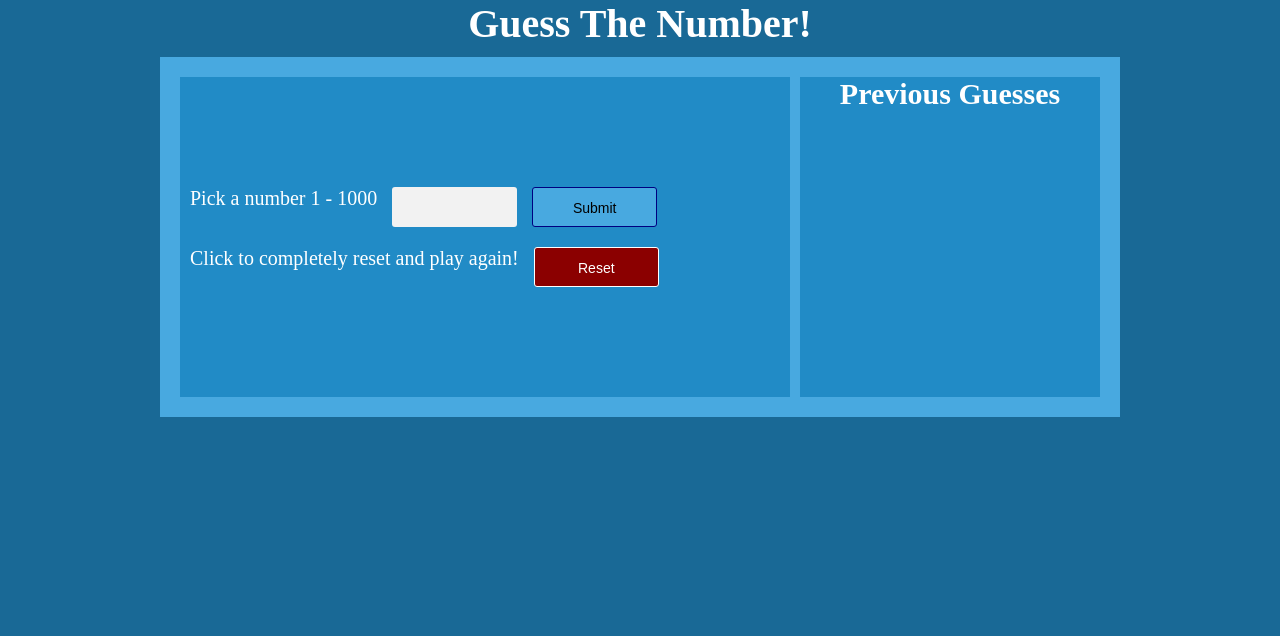
Repository: mlmEFSC21/P14-Guessing-Game
Page: guess.html
An editor plug-in stored every save of this project. The page is shown before and after the next save, followed by the edit.
The browser window is 1280 px wide. The pictures show the whole page.

Above is the page before, as saved 2022-03-19 14:42:27.

After the next save:
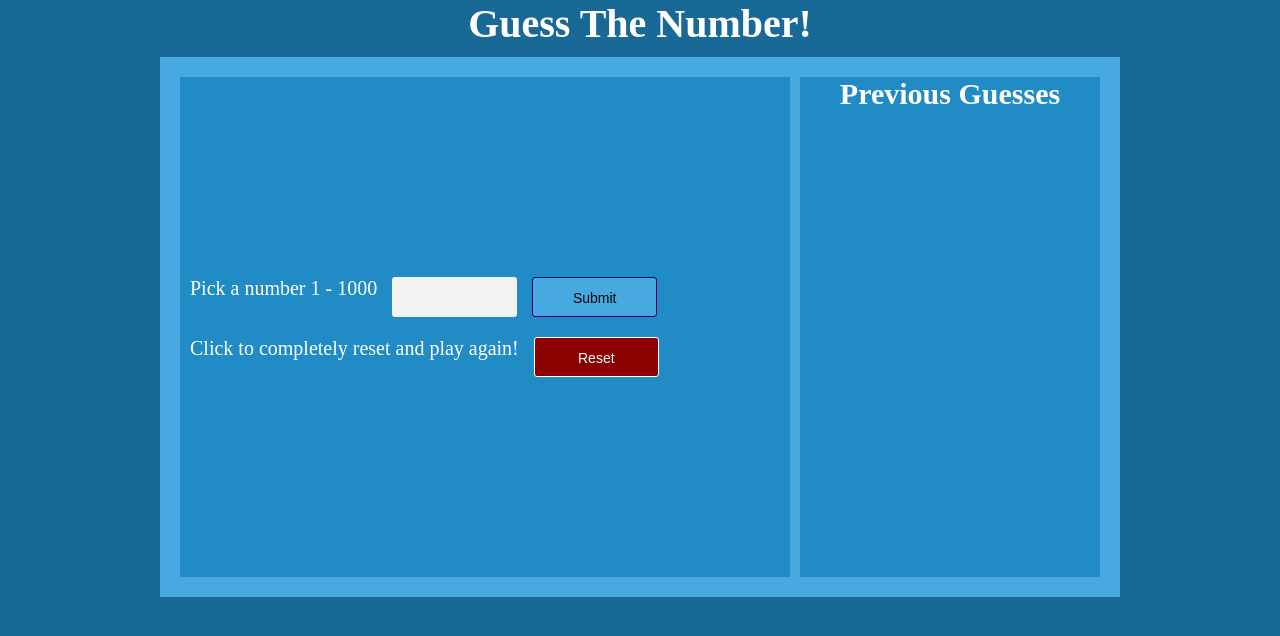
Saved 18 s later.
--- a/guess.css
+++ b/guess.css
@@ -23,7 +23,7 @@
     background-color: var(--clr-secondary);
     display: grid;
     max-width: 960px;
-    height: 50vh;
+    height: 75vh;
     margin: 10px auto;
     padding: 20px;
     grid-template-columns: repeat(3, 1fr);

After the save that followed:
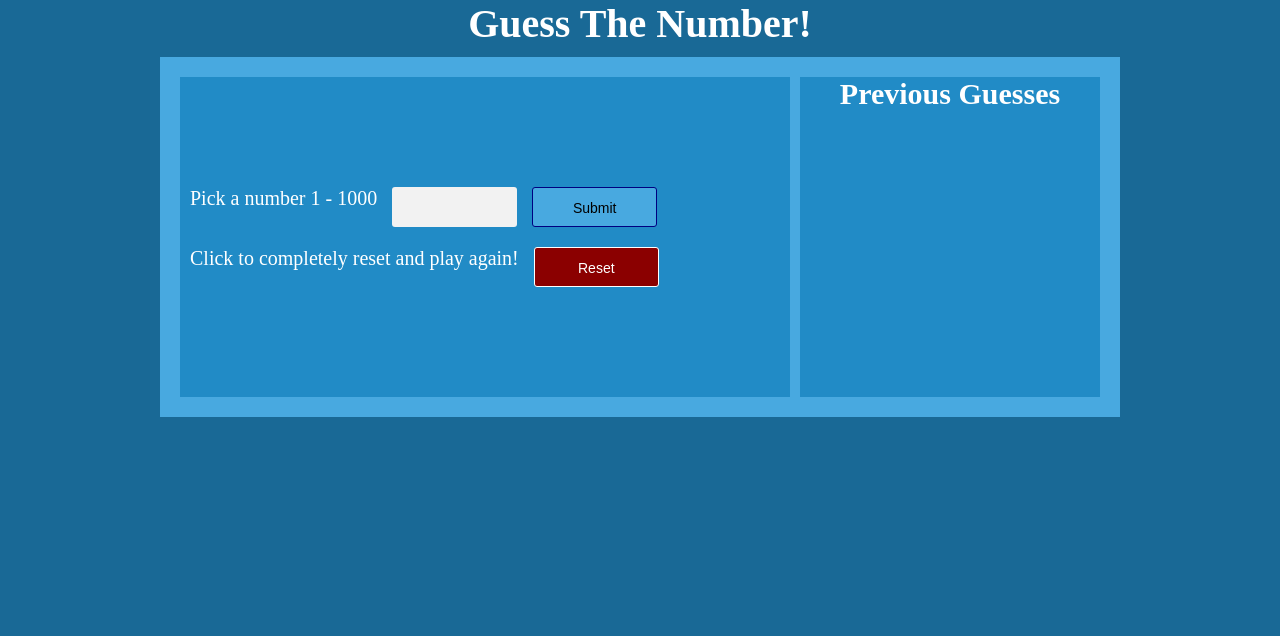
Saved 7 s later.
--- a/guess.css
+++ b/guess.css
@@ -23,7 +23,7 @@
     background-color: var(--clr-secondary);
     display: grid;
     max-width: 960px;
-    height: 75vh;
+    height: 50vh;
     margin: 10px auto;
     padding: 20px;
     grid-template-columns: repeat(3, 1fr);
